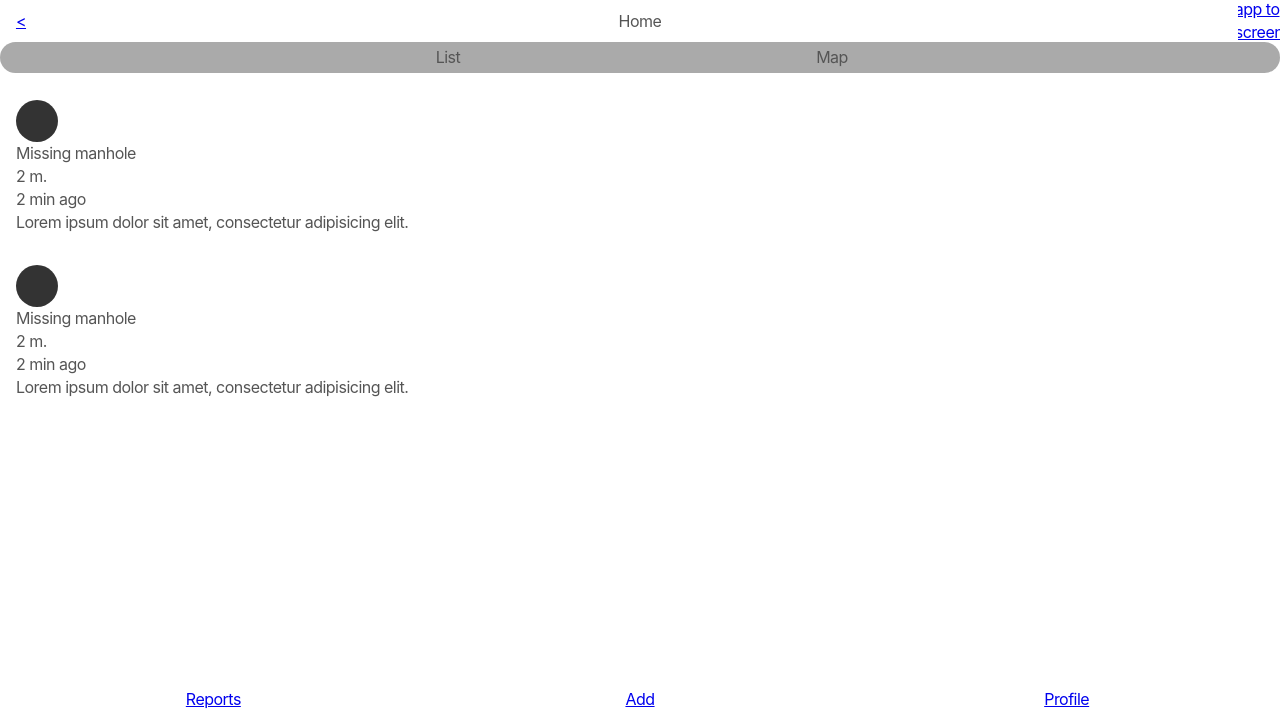
Repository: aleksandrenko/html-css-playground
Page: reports.html
These files come from the project's save history. The page is drawn as it stood at one moment and after the next save; the edit follows.
The browser window is 1280 px wide. The pictures show the whole page.

Above is the page before, as saved 2018-01-19 17:05:37.

After the next save:
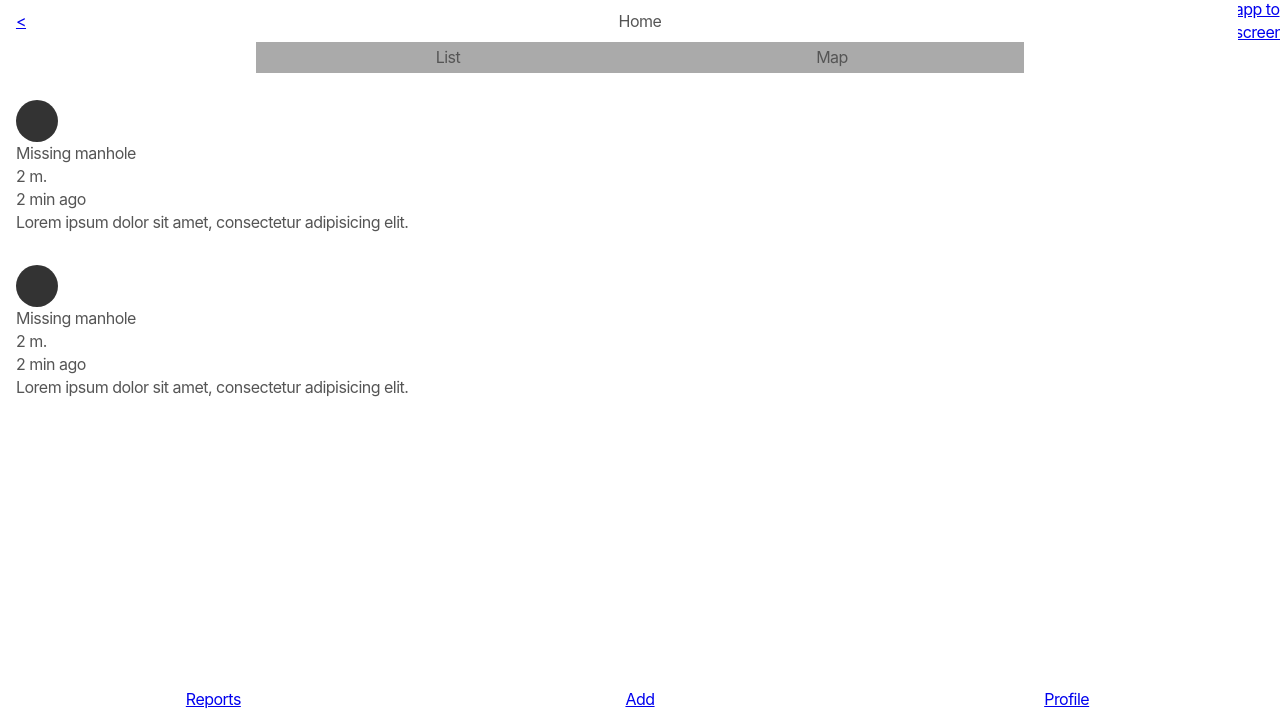
Saved 10 s later.
--- a/css/pages/reports.css
+++ b/css/pages/reports.css
@@ -21,13 +21,13 @@ sub-header views {
   flex-direction: row;
   justify-content: center;
   border-radius: 1rem;
-  background: #aaa;
 }
 
 sub-header views view {
   padding: 0.25rem;
   width: 30%;
   text-align: center;
+  background: #aaa;
 }
 
 sub-header views view:attr('selected') {
